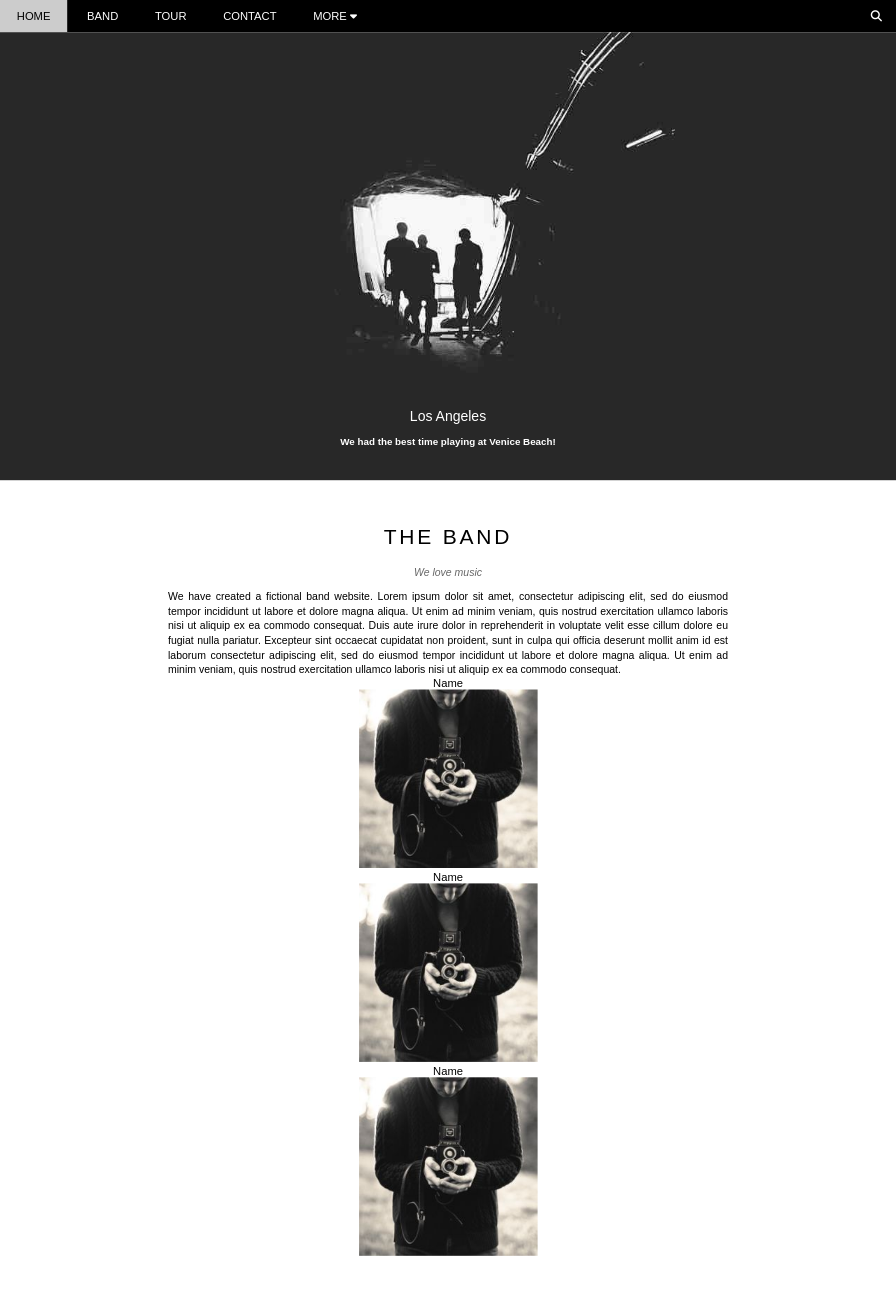
Repository: TranPhucThinh/clone-the-band
Page: index.html
An editor plug-in stored every save of this project. The page is shown before and after the next save, followed by the edit.
The browser window is 1280 px wide. The pictures show the whole page, at 70% of full size.
Some web libraries are served in a nearby version.

Above is the page before, as saved 2022-08-04 10:50:43.

After the next save:
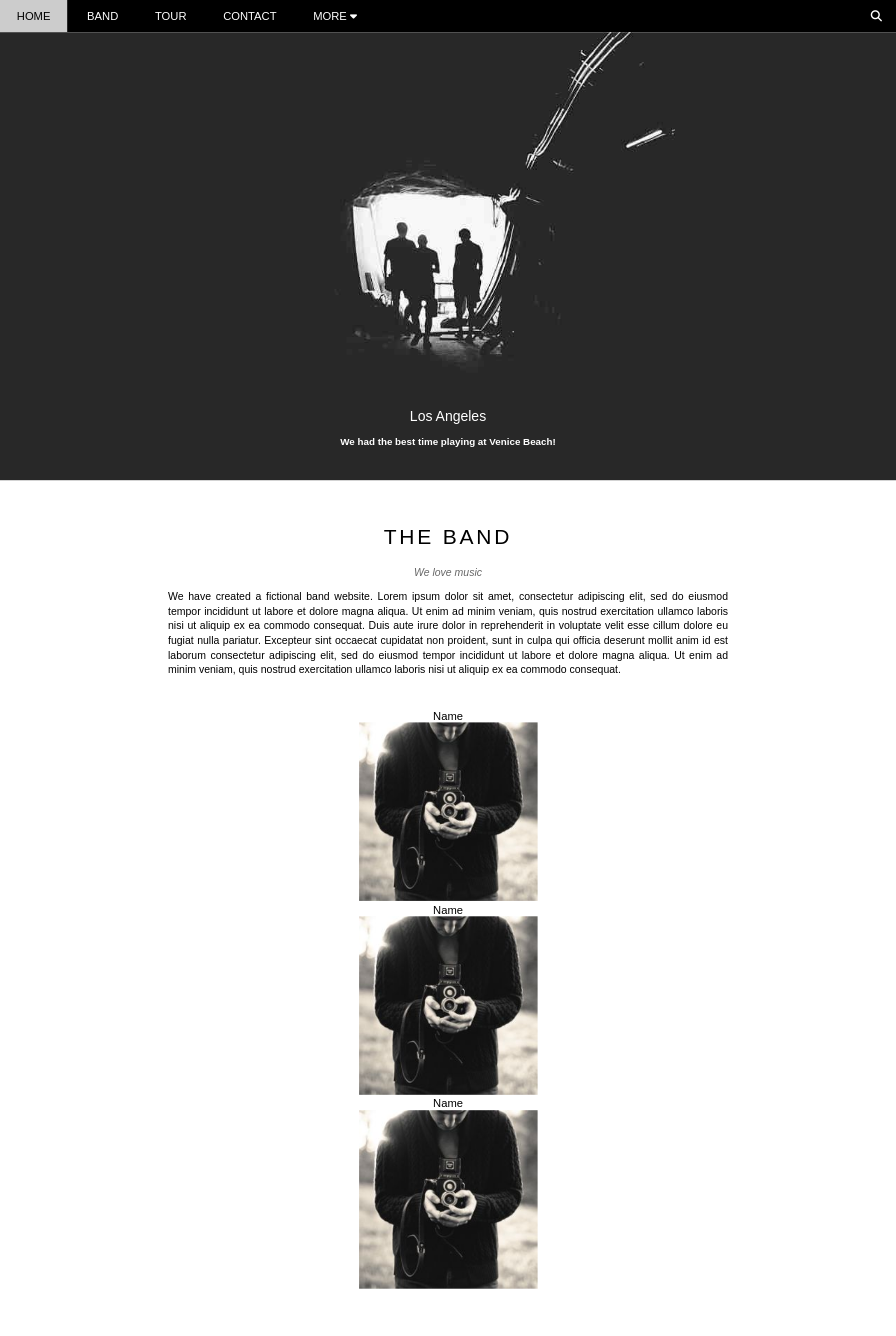
Saved 49 s later.
--- a/assets/style.css
+++ b/assets/style.css
@@ -140,4 +140,5 @@ html {
   text-align: justify;
   font-size: 15px;
   line-height: 1.4;
+  margin-bottom: 47px;
 }
